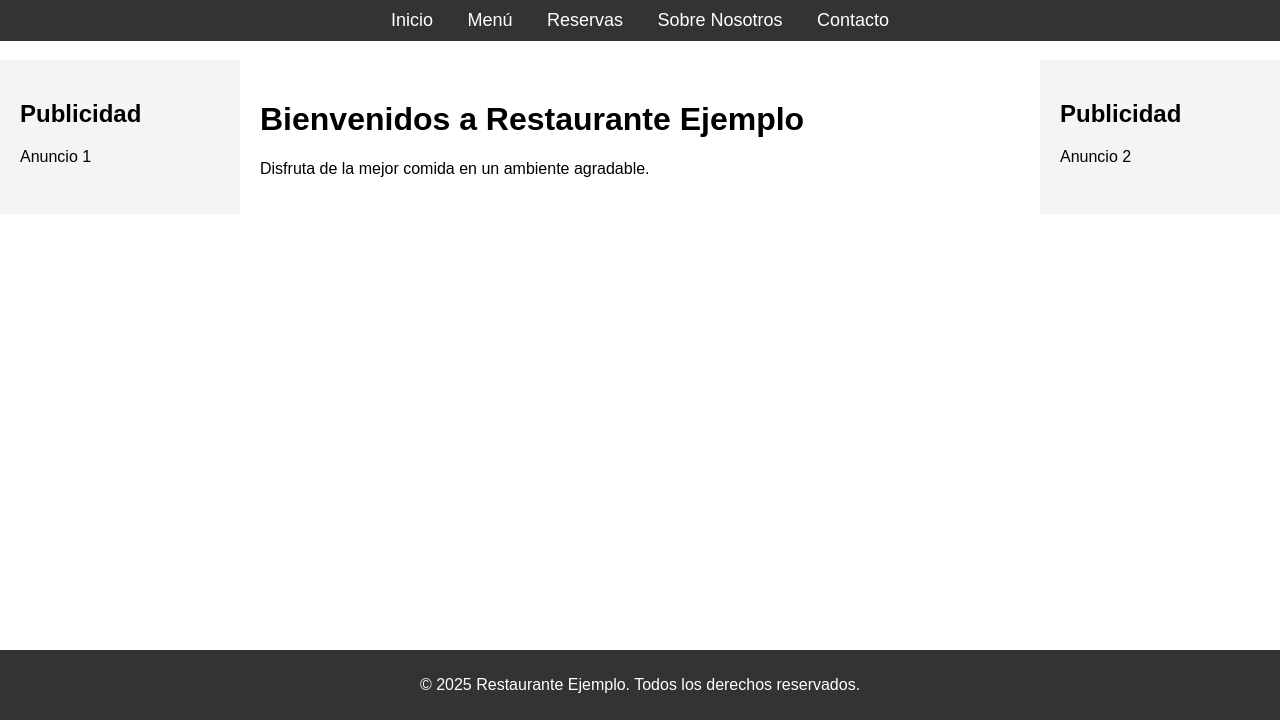
Repository: demoniers/demonIers.github.io
Page: web-lenguajes/src/index.html
These files come from the project's save history. The page is drawn as it stood at one moment and after the next save; the edit follows.
The browser window is 1280 px wide. The pictures show the whole page.

Above is the page before, as saved 2025-01-20 12:57:37.

After the next save:
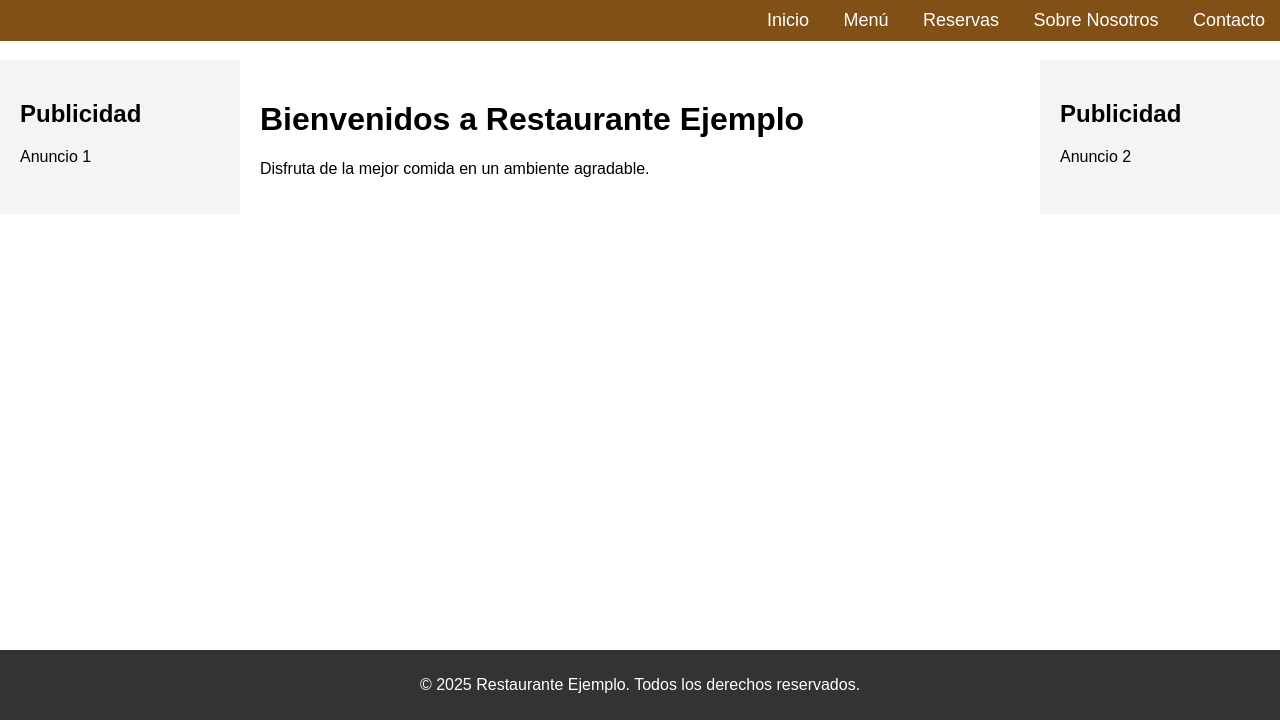
Saved 5 min 28 s later.
--- a/web-lenguajes/style/style.css
+++ b/web-lenguajes/style/style.css
@@ -10,9 +10,9 @@ body {
     position: fixed;
     top: 0;
     width: 100%;
-    background-color: #333;
+    background-color: #815017;
     color: white;
-    text-align: center;
+    text-align: right;
     padding: 10px 0;
     z-index: 1000;
 }
